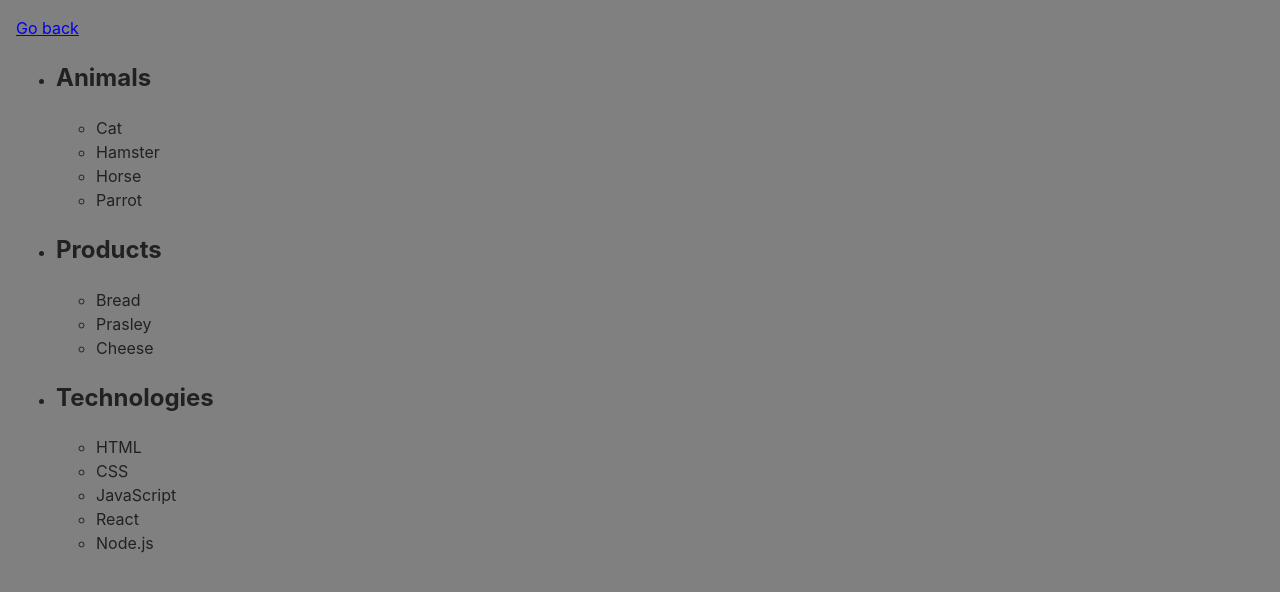
Repository: ViacheslavParfenenko/goit-js-hw-07
Page: task-1.html
These files come from the project's save history. The page is drawn as it stood at one moment and after the next save; the edit follows.
The browser window is 1280 px wide. The pictures show the whole page.

Above is the page before, as saved 2024-07-09 17:35:40.

### task-1.html
<!DOCTYPE html>
<html lang="en">
  <head>
    <meta charset="UTF-8" />
    <meta http-equiv="X-UA-Compatible" content="IE=edge" />
    <meta name="viewport" content="width=device-width, initial-scale=1.0" />
    <title>Task 1</title>
    <link rel="stylesheet" href="./css/common.css" />
  </head>
  <body>
    <p><a href="./index.html">Go back</a></p>

    <ul  id="categories">
      <li id="item">
        <h2 id="item-name">Animals</h2>

        <ul>
          <li id="one-item-name">Cat</li>
          <li id="one-item-name">Hamster</li>
          <li id="one-item-name">Horse</li>
          <li id="one-item-name">Parrot</li>
        </ul>
      </li>
      <li class="item">
        <h2>Products</h2>

        <ul>
          <li>Bread</li>
          <li>Prasley</li>
          <li>Cheese</li>
        </ul>
      </li>
      <li class="item">
        <h2>Technologies</h2>

        <ul>
          <li>HTML</li>
          <li>CSS</li>
          <li>JavaScript</li>
          <li>React</li>
          <li>Node.js</li>
        </ul>
      </li>
    </ul>

    <script src="./js/task-1.js" type="module"></script>
  </body>
</html>

### css/common.css
* {
  box-sizing: border-box;
}



body {
  flex:content;
  margin: 16px;
  font-family: -apple-system, BlinkMacSystemFont, "Segoe UI", Roboto, Oxygen,
    Ubuntu, Cantarell, "Open Sans", "Helvetica Neue", sans-serif;
  -webkit-font-smoothing: antialiased;
  -moz-osx-font-smoothing: grayscale;
  background-color: gray;
  color: #212121;
  line-height: 1.5;
}

### js/task-1.js
const categoriesList = document.getElementById('categories');

const categoriesItems = categoriesList.querySelectorAll('li.item');

console.log(`Number of categories: ${categoriesItems.length}`);

categoriesItems.forEach(category => {
  const categoryTitle = category.querySelector('h2').textContent;
  const categoryItems = category.querySelectorAll('ul li').length;
  console.log(`Category: ${categoryTitle}`);
  console.log(`Elements: ${categoryItems}`);
});

const style = document.createElement('style');
style.textContent = `
  .categories {
    color: white;
    display: flex;
    flex-wrap:;
    gap: 10px;
    list-style: none;
    border: 1px;
    padding: 0;
    margin: 0;
  }
  .item {

    flex: 1 1 calc(33.333% - 10px);
    box-sizing: border-box;
  }

  .item-name {

  }

  .one-item-name:




  }
`;

After the next save:
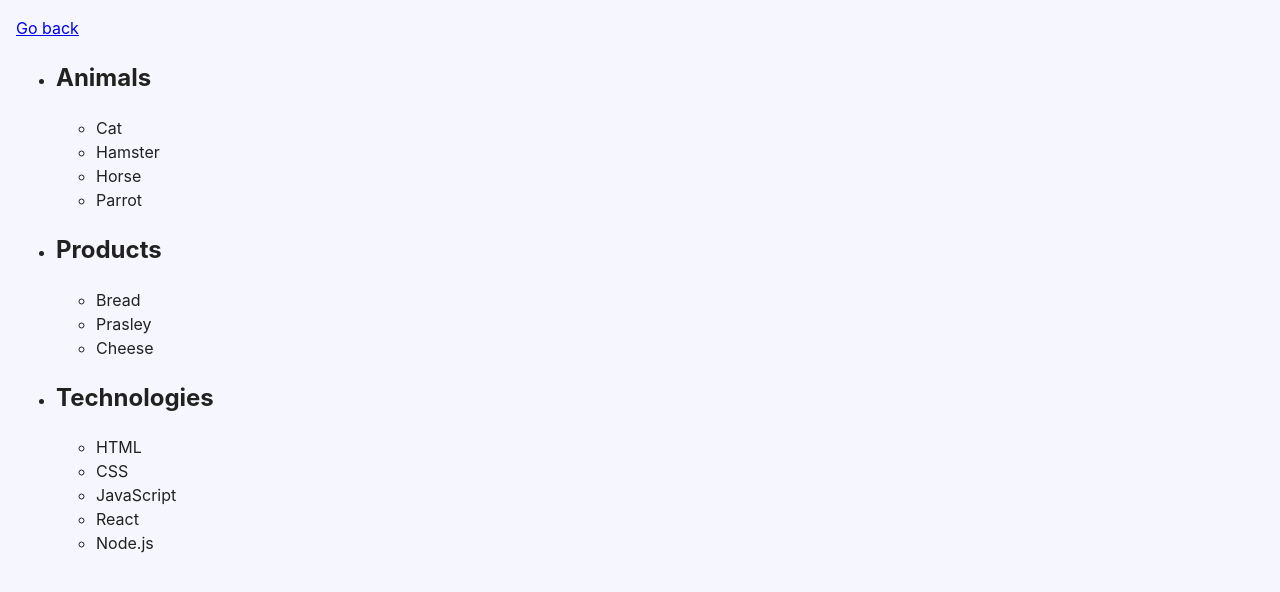
Saved 43 s later.
--- a/css/common.css
+++ b/css/common.css
@@ -11,7 +11,8 @@ body {
     Ubuntu, Cantarell, "Open Sans", "Helvetica Neue", sans-serif;
   -webkit-font-smoothing: antialiased;
   -moz-osx-font-smoothing: grayscale;
-  background-color: gray;
+  background-color:  #F6F6FE;
+  ;
   color: #212121;
   line-height: 1.5;
 }
